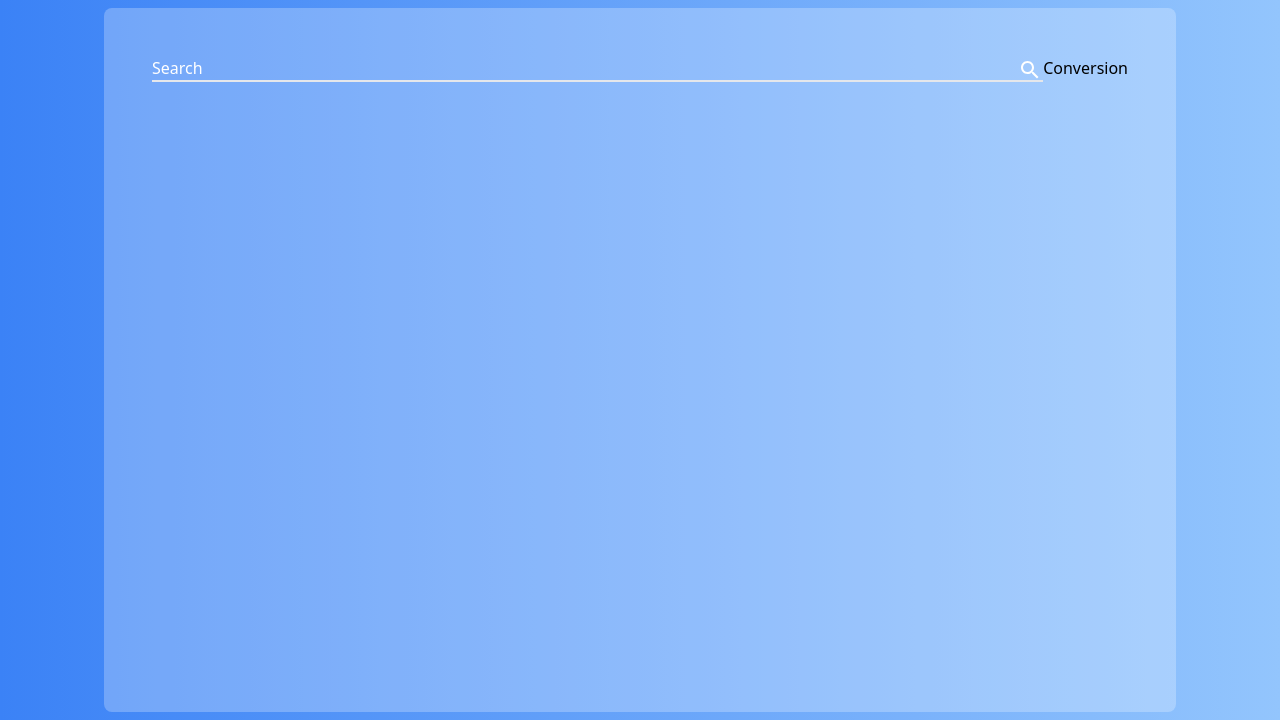
Repository: DevAntonioRogers/react-weatherapp-v2
Page: /
An editor plug-in stored every save of this project. The page is shown before and after the next save, followed by the edit.
The browser window is 1280 px wide. The pictures show the whole page.
The project was rebuilt for these pictures with package versions that can differ from the ones it lists, and the page was loaded fresh each time. The framework's server and built-in components were replaced by stand-ins that run in the browser. Also part of the build but not shown: next.config.js.

Above is the page before, as saved 2023-05-18 23:13:47.

### app/layout.tsx
import "./globals.css";
import { Inter } from "next/font/google";

export const metadata = {
  title: "Create Next App",
  description: "Generated by create next app",
};

export default function RootLayout({ children }: { children: React.ReactNode }) {
  return (
    <html lang="en">
      <body>{children}</body>
    </html>
  );
}

### app/page.tsx
import Conversion from "./components/Conversion";
import Input from "./components/Input";

export default function Home() {
  return (
    <div className="flex justify-center p-2 bg-cover h-screen bg-gradient-to-r from-blue-500 to-blue-300">
      <div className="bg-white/25 mx-24 w-full rounded-lg p-12">
        <div className="flex justify-between">
          <Input />
          <Conversion />
        </div>
      </div>
    </div>
  );
}

### app/components/Conversion.tsx
import React from "react";

const Conversion = () => {
  return <div>Conversion</div>;
};

export default Conversion;

### app/components/Input.tsx
"use client";

import SearchIcon from "@mui/icons-material/Search";

const Input = () => {
  return (
    <div className="flex items-center w-full">
      <input
        type="text"
        className="w-full bg-transparent border-b-2 placeholder-white outline-none text-white"
        placeholder="Search"
      />
      <div className="ml-[-25px] text-white cursor-pointer">
        <SearchIcon />
      </div>
    </div>
  );
};

export default Input;

Loaded but not shown: app/globals.css (common file); tailwind.config.js (common file)

After the next save:
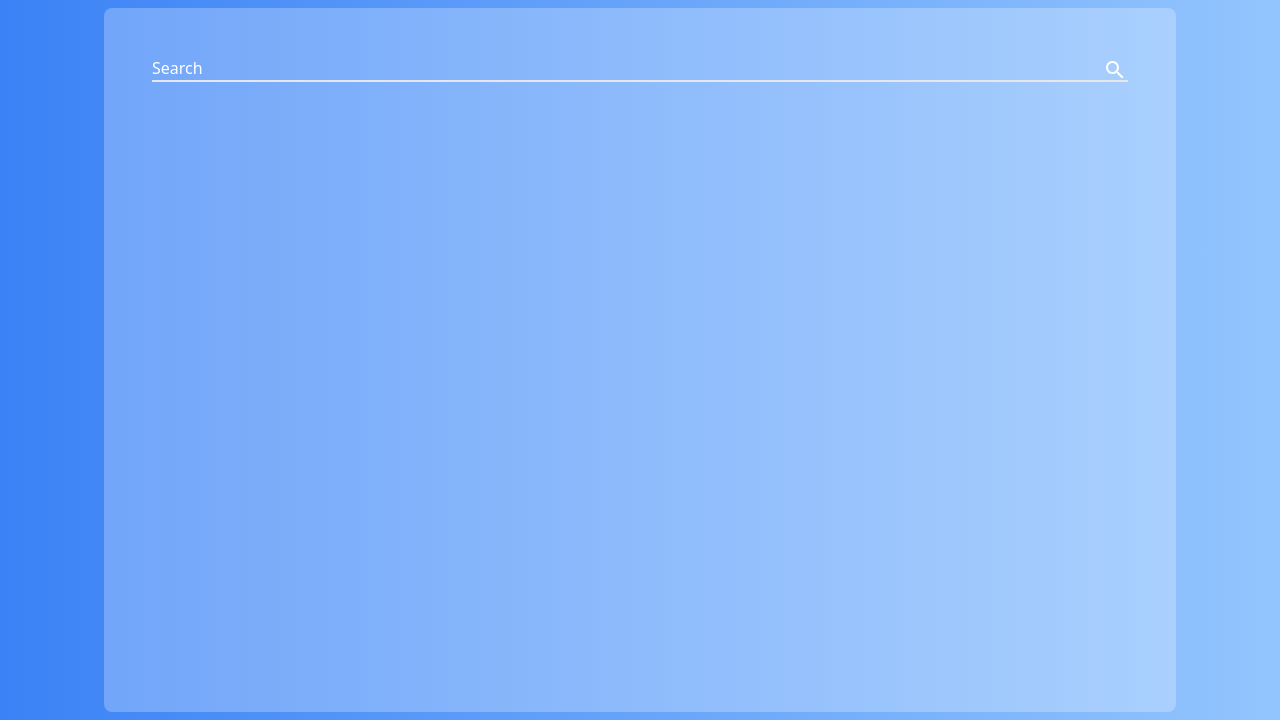
Saved 14 s later.
--- a/app/components/Conversion.tsx
+++ b/app/components/Conversion.tsx
@@ -1,7 +1,7 @@
 import React from "react";
 
 const Conversion = () => {
-  return <div>Conversion</div>;
+  return <div></div>;
 };
 
 export default Conversion;
